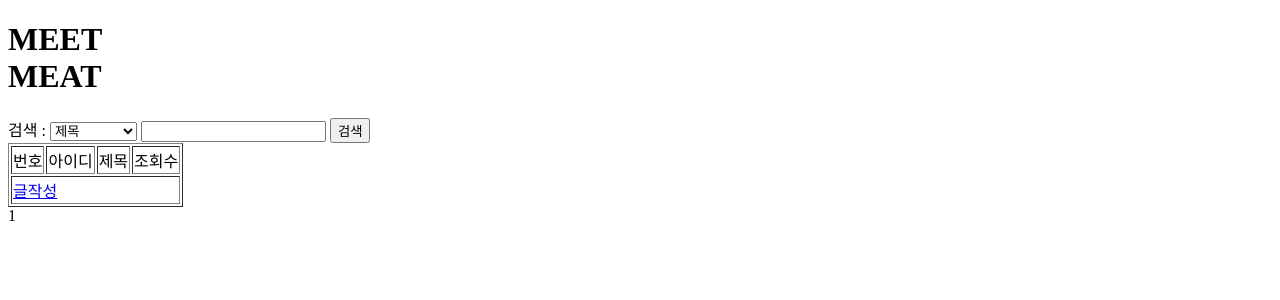
Repository: KOOBONMOO/koo
Page: http://localhost/portfolio/board/list.jsp
These files come from the project's save history. The page is drawn as it stood at one moment and after the next save; the edit follows.
The browser window is 1280 px wide. The pictures show the whole page.
The page is served by Tomcat 9. The template is opened directly, without the code that normally fills it, so the values that code supplies are empty.

Above is the page before, as saved 2020-11-17 02:20:10.

After the next save:
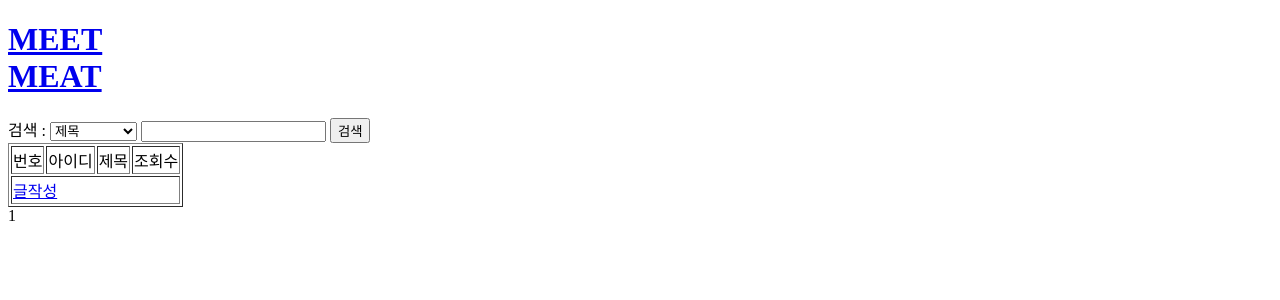
Saved 12 s later.
--- a/portfolio/WebContent/board/list.jsp
+++ b/portfolio/WebContent/board/list.jsp
@@ -12,7 +12,7 @@
 <title>목록</title>
 </head>
 <body>
-	<a>
+	<a href="../main/main.jsp">
 		<h1>MEET<br>MEAT</h1>
 	</a>
 	<form method = "post" action="search.do">
